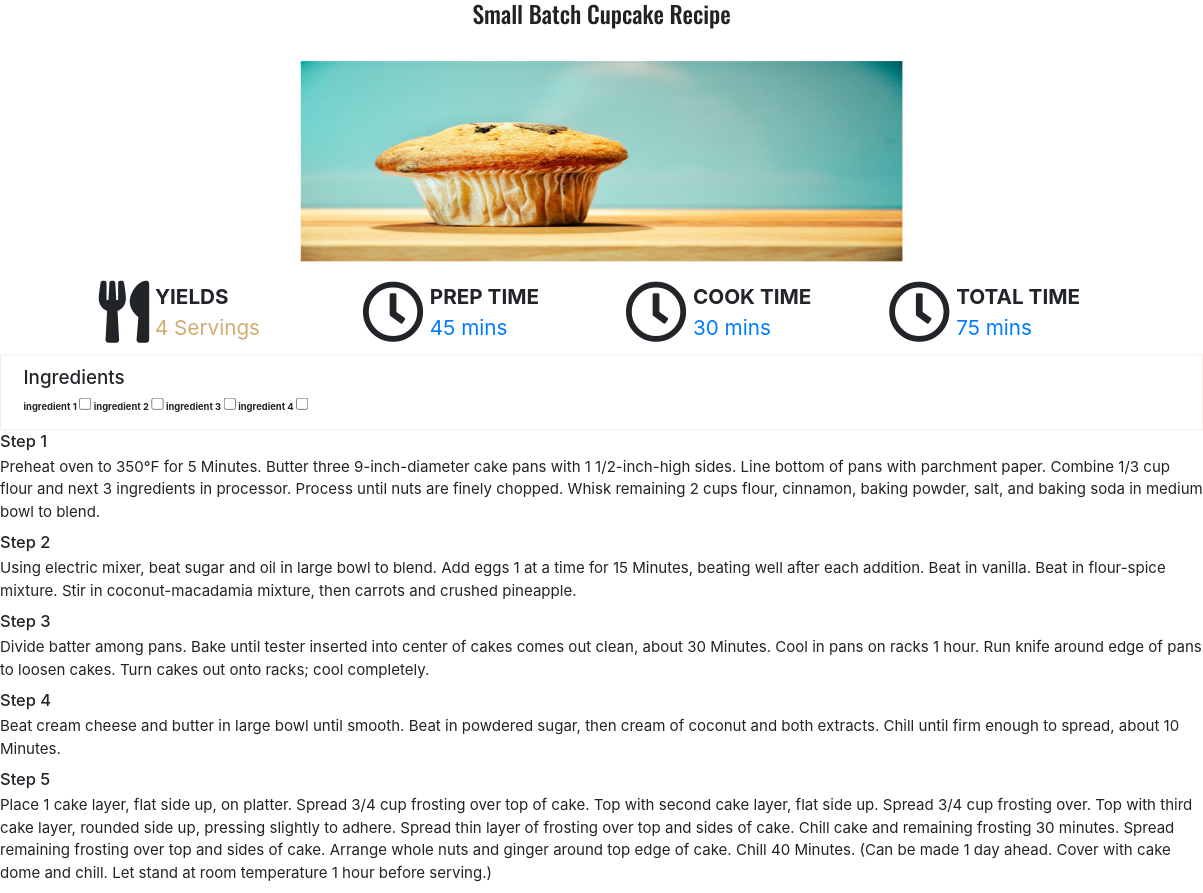
Repository: pauldardis/cookbook
Page: recipe.html
The author's editor kept a record of every edit. The page is drawn from the files as they stood at one moment, then again after the next edit.
The browser window is 1280 px wide. The pictures show the whole page, at 94% of full size.
Some web libraries are served in a nearby version.

Above is the page before.

After the next edit:
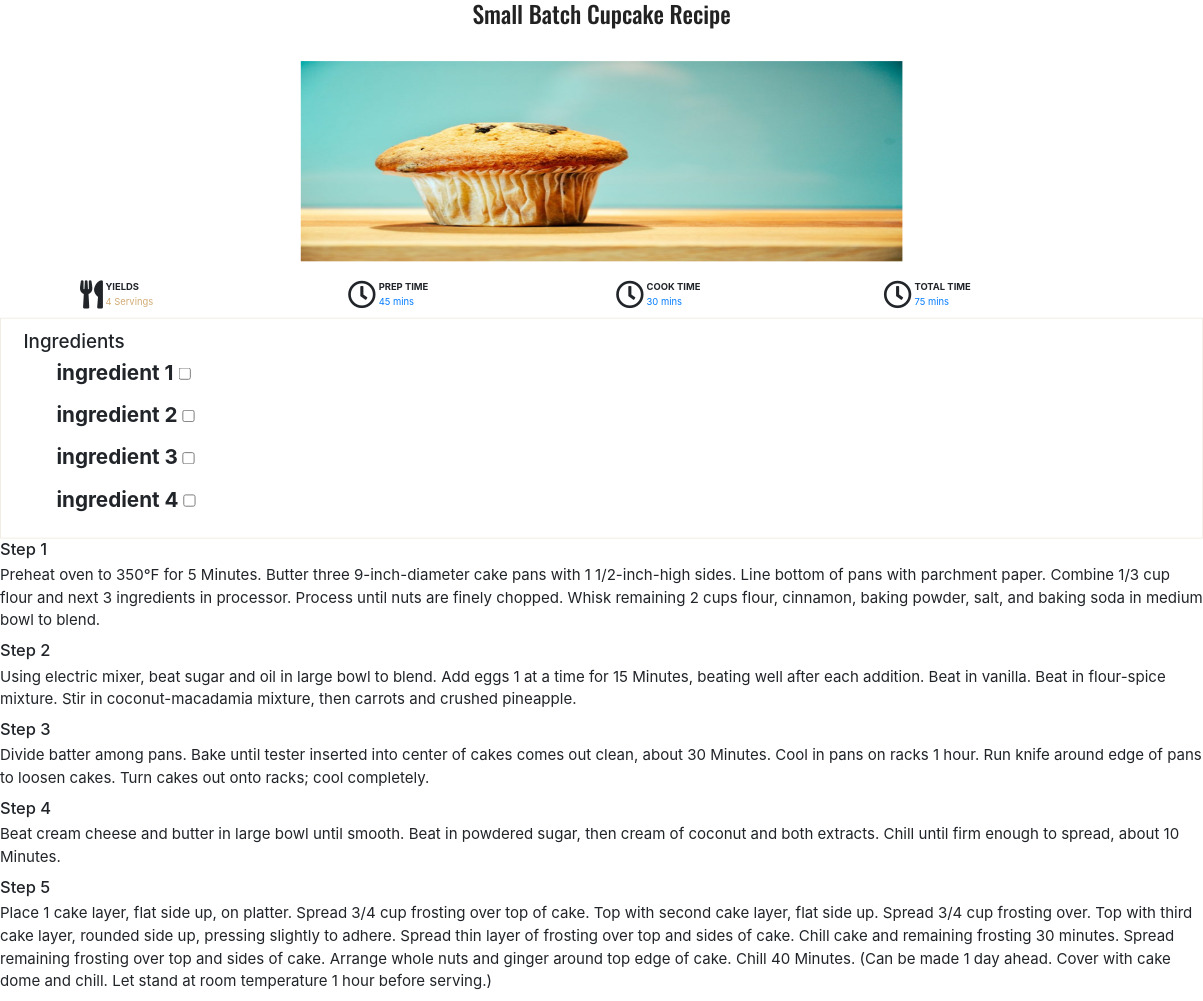
The edit:
--- a/assits/css/style.css
+++ b/assits/css/style.css
@@ -60,7 +60,7 @@
 
 
 /* Customize the label (the container) */
-.container {
+.ingredient_tick_box_container {
   display: block;
   position: relative;
   padding-left: 35px;
